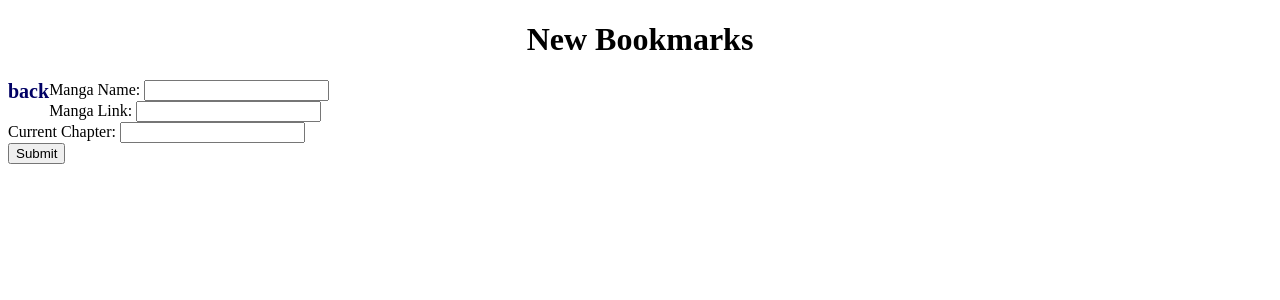
Repository: PA055/Manga-Bookmarks
Page: new.html
The author's editor kept a copy of each file at every save. The page is drawn from the files as they stood at one save, then again after the next save.
The browser window is 1280 px wide. The pictures show the whole page.

Above is the page before, as saved 2023-03-11 11:52:02.
Console error: ReferenceError: $ is not defined

After the next save:
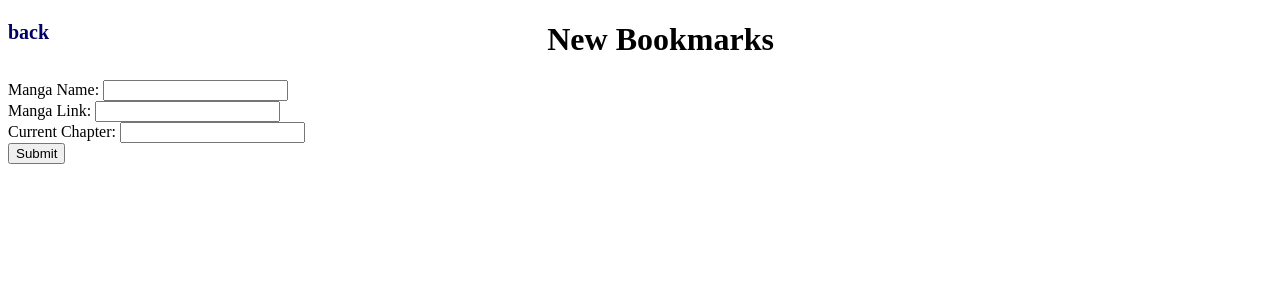
Saved 19 s later.
--- a/new.html
+++ b/new.html
@@ -10,8 +10,8 @@
   <body>
     <noscript>You need to enable JavaScript to run this app.</noscript>
 
+    <a href="index.html" class="back">back</a>
     <h1>New Bookmarks</h1>
-    <a href="index.html" class="back">back</a>
 
     <form id="newBookmark" onsubmit="AddBookmark()">
         <label for="mname">Manga Name:</label>
